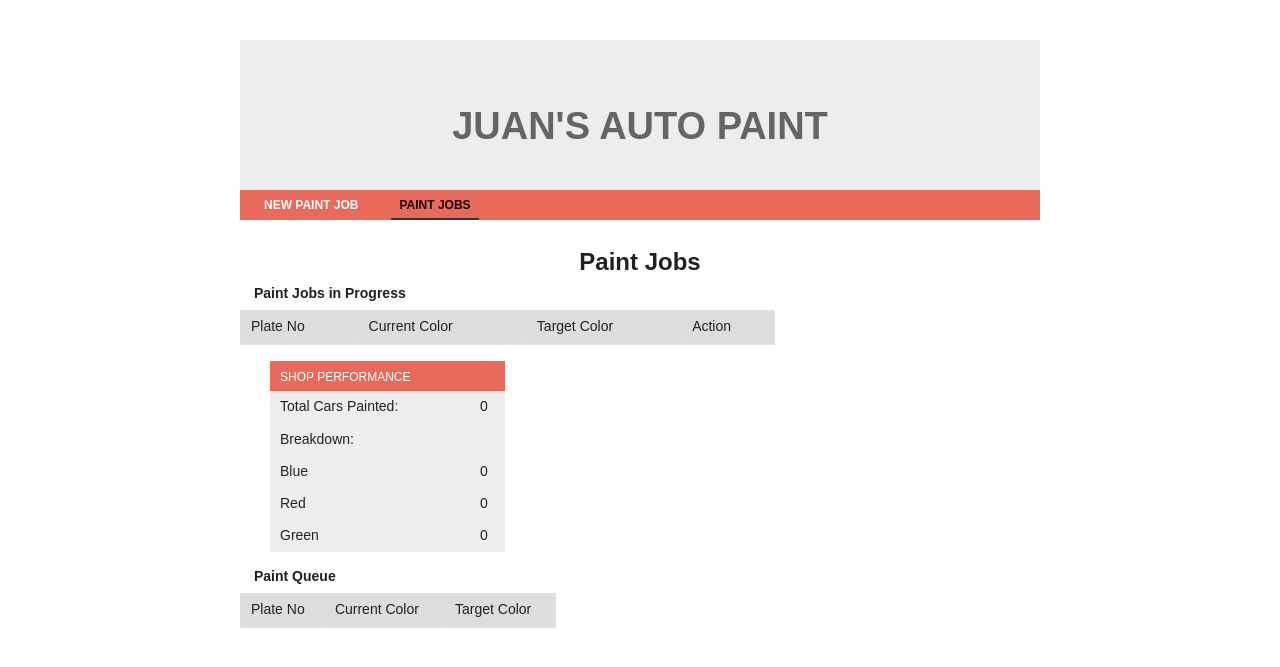
Repository: soycaringal/paint-job
Page: http://localhost/jobs
The author's editor kept a copy of each file at every save. The page is drawn from the files as they stood at one save, then again after the next save.
The browser window is 1280 px wide. The pictures show the whole page.
The page is served by the project's Laravel application, run on PHP 8.4 with Laravel 8. Queries for data that is not in the repository find no rows.

Above is the page before, as saved 2020-02-23 19:11:54.

After the next save:
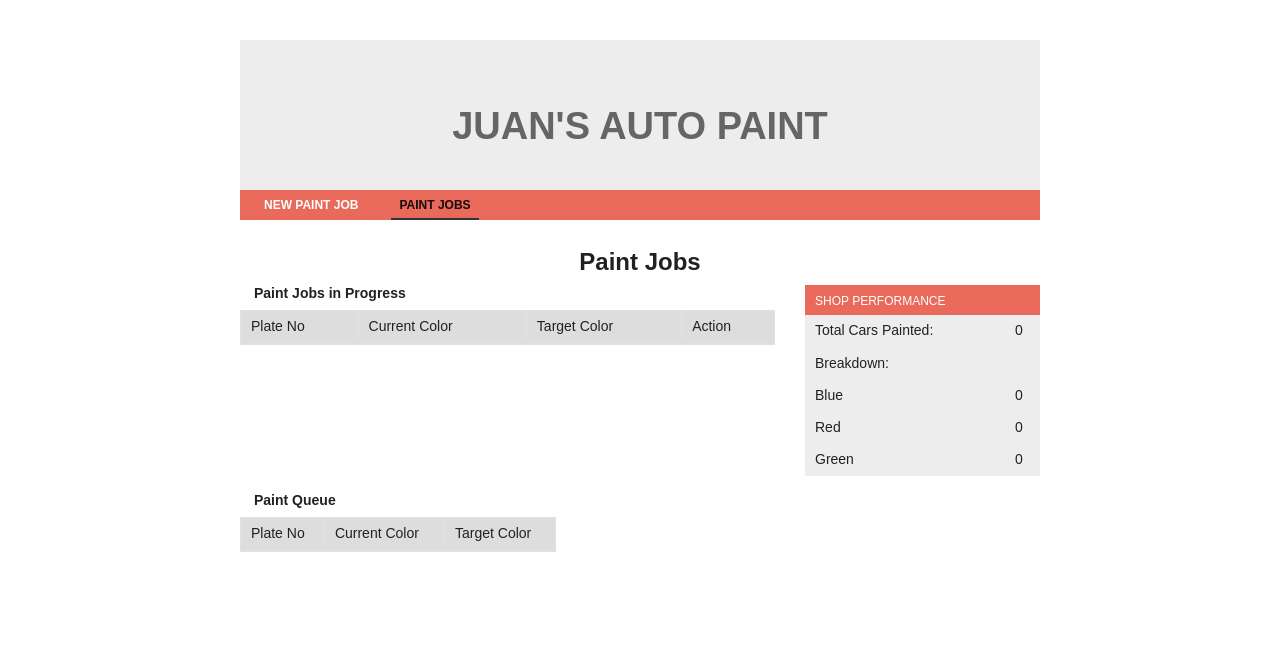
Saved 22 s later.
--- a/resources/views/jobs.blade.php
+++ b/resources/views/jobs.blade.php
@@ -7,7 +7,7 @@
             <h1>Paint Jobs</h1>
         </div>
     </section>
-    <div class="row-fluid">
+    <div class="d-flex">
         <section class="car-in-progress">
             <h3>Paint Jobs in Progress</h3>
             <table class="table table-bordered">

After the save that followed:
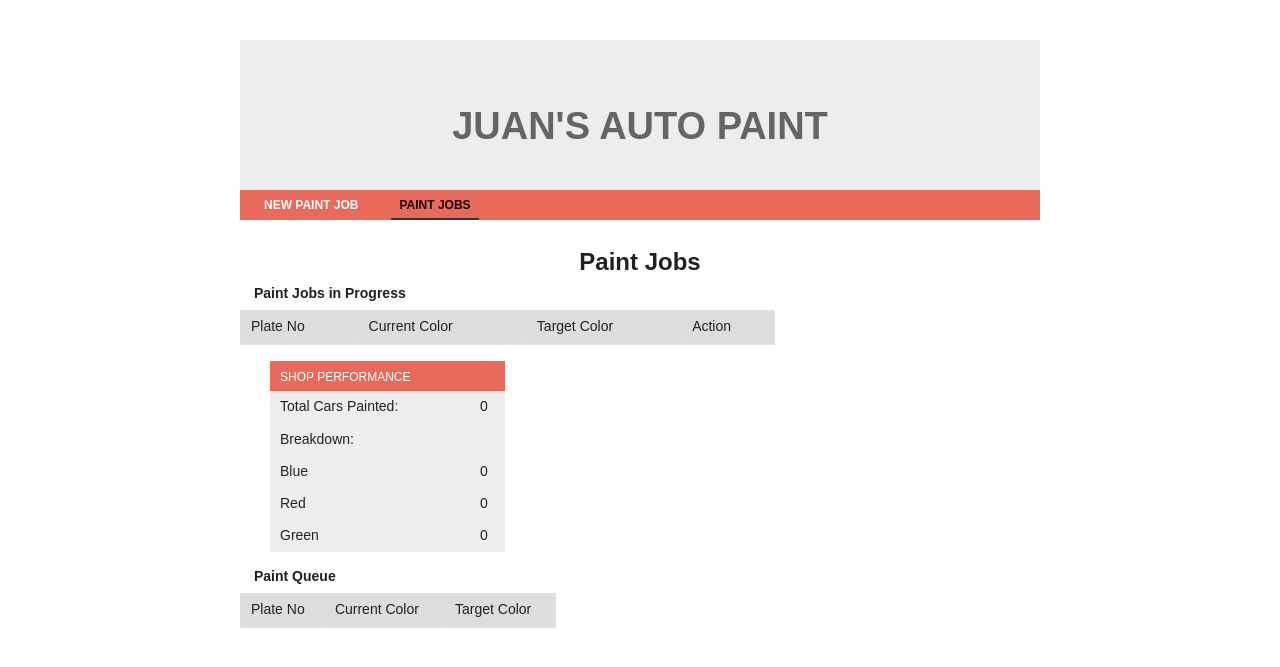
Saved 2 min 30 s later.
--- a/resources/views/jobs.blade.php
+++ b/resources/views/jobs.blade.php
@@ -7,7 +7,7 @@
             <h1>Paint Jobs</h1>
         </div>
     </section>
-    <div class="d-flex">
+    <div class="paint-jobs-wrapper">
         <section class="car-in-progress">
             <h3>Paint Jobs in Progress</h3>
             <table class="table table-bordered">
